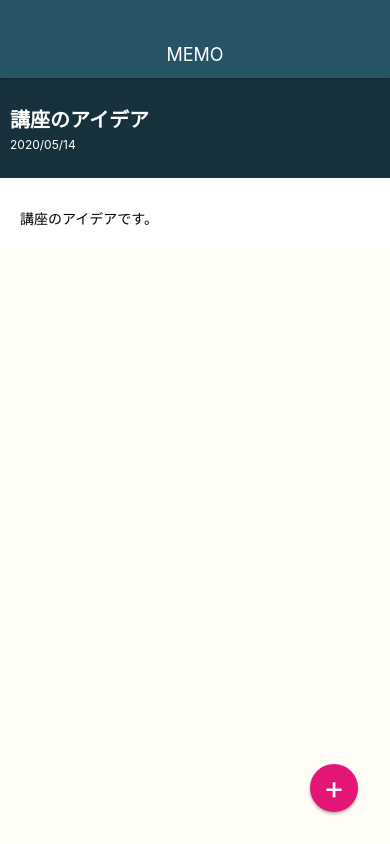
Repository: NagataRyuji0630/memo_app_for_reactNative
Page: /
These files come from the project's save history. The page is drawn as it stood at one moment and after the next save; the edit follows.
The browser window is 390 px wide. The pictures show the whole page.
The app was drawn by React Native's web renderer in a window 390 px wide. The project was rebuilt for these pictures with package versions that can differ from the ones it lists, and the page was loaded fresh each time. Also part of the build but not shown: src/components/MemoList.jsx, src/screens/MemoListScreen.jsx.

Above is the page before, as saved 2020-05-14 10:13:17.

### App.js
import React from 'react';
import { StyleSheet, View } from 'react-native';
import AppBar from './src/components/AppBar';
import MemoListScreen from './src/screens/MemoListScreen'
import MemoDtailScreen from './src/screens/MemoDetailScreen';


export default class App extends React.Component {
  render() {
    return (
      <View style={styles.container}>
        <AppBar />
        <MemoDtailScreen />
      </View>
    );
  }
}

const styles = StyleSheet.create({
  container: {
    flex: 1,
    backgroundColor: '#FFFDF6',
    alignItems: 'center',
    justifyContent: 'center',
    paddingTop: 78,
  },
});

### src/components/AppBar.jsx
import React from 'react';
import { Component } from 'react';
import { StyleSheet, View, Text } from 'react-native';

const styles = StyleSheet.create({
    appbar: {
        position: 'absolute',
        top: 0,
        left: 0,
        right: 0,
        height: 78,
        paddingTop: 30,
        backgroundColor: '#265366',
        justifyContent: 'center',
        alignItems: 'center',
        shadowColor: '#000',
        shadowOffset: { width: 0, height: 0 },
        shadowOpacity: 0.5,
        shadowRadius: 3,
        zIndex: 10,
    },
    appbarTitle: {
        color: '#fff',
        fontSize: 18,
    },
});

class AppBar extends Component {
    render() {
        return (
            <View style={styles.appbar}>
                <View>
                    <Text style={styles.appbarTitle}>MEMO</Text>
                </View>
            </View>
        );
    }
}

export default AppBar;

### src/screens/MemoDetailScreen.jsx
import React from 'react';
import { Component } from 'react';
import { StyleSheet, View, Text } from 'react-native';
import CircleBtn from '../elements/CircleBtn';

const styles = StyleSheet.create({
    containar: {
        flex: 1,
        width: '100%',
    },
    memoHeader: {
        height: 100,
        paddingLeft: 10,
        backgroundColor: '#17313C',
        justifyContent: 'center',
    },
    memoHeaderTitle: {
        fontSize: 20,
        fontWeight: 'bold',
        color: 'white',
        marginBottom: 4
    },
    memoHeaderDate: {
        fontSize: 12,
        color: 'white',
    },
    memoContent: {
        paddingTop: 30,
        paddingLeft: 20,
        paddingRight: 20,
        paddingBottom: 20,
        backgroundColor: 'white',
    },
    editBtn: {
        top: 120,
    }
});

class MemoDetailScreen extends Component {
    render() {
        return (
            <View style={styles.containar}>
                <View style={styles.memoHeader}>
                    <View>
                        <Text style={styles.memoHeaderTitle}>講座のアイデア</Text>
                        <Text style={styles.memoHeaderDate}>2020/05/14</Text>
                    </View>
                </View>

                <View style={styles.memoContent}>
                    <Text>講座のアイデアです。</Text>
                </View>

                <CircleBtn style={styles.editBtn}>+</CircleBtn>
            </View>
        );
    }
}

export default MemoDetailScreen;

### src/elements/CircleBtn.jsx
import React from 'react';
import { Component } from 'react';
import { StyleSheet, View, Text } from 'react-native';

const styles = StyleSheet.create({
    circleBtn: {
        position: 'absolute',
        bottom: 32,
        right: 32,
        width: 48,
        height: 48,
        backgroundColor: '#E31675',
        borderRadius: 24,
        justifyContent: 'center',
        alignItems: 'center',
        shadowColor: '#000',
        shadowOffset: { width: 0, height: 2 },
        shadowOpacity: 0.3,
        shadowRadius: 3,
    },
    circleBtnTitle: {
        fontSize: 32,
        lineHeight: 32,
        color: 'white',
    }
});

class CircleBtn extends Component {
    render() {
        const style = this.props.style;

        return (
            <View style={styles.circleBtn}>
                <Text style={styles.circleBtnTitle}>{this.props.children}</Text>
            </View>
        );
    }
}

export default CircleBtn;

After the next save:
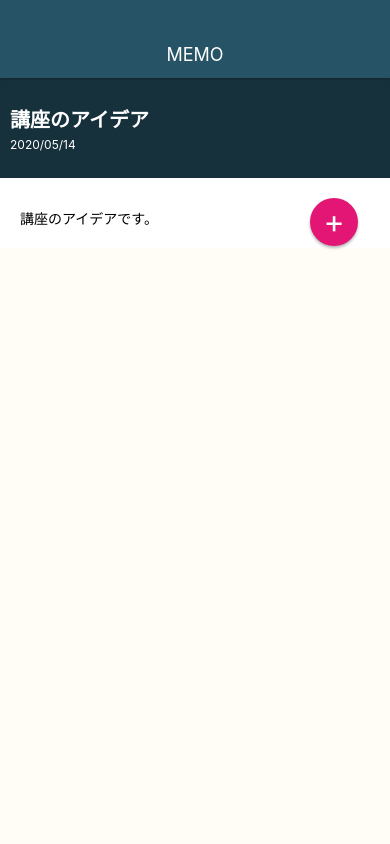
Saved 49 s later.
--- a/src/elements/CircleBtn.jsx
+++ b/src/elements/CircleBtn.jsx
@@ -30,7 +30,7 @@
         const style = this.props.style;
 
         return (
-            <View style={styles.circleBtn}>
+            <View style={[styles.circleBtn, style]}>
                 <Text style={styles.circleBtnTitle}>{this.props.children}</Text>
             </View>
         );

After the save that followed:
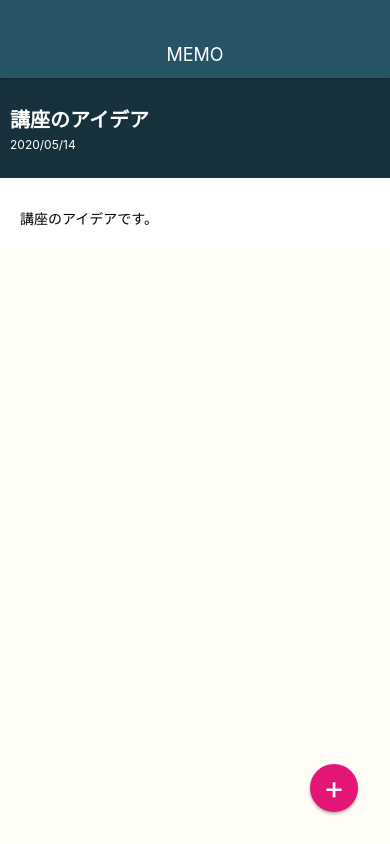
Saved 41 s later.
--- a/src/elements/CircleBtn.jsx
+++ b/src/elements/CircleBtn.jsx
@@ -27,7 +27,7 @@
 
 class CircleBtn extends Component {
     render() {
-        const style = this.props.style;
+        const { style } = this.props.style;
 
         return (
             <View style={[styles.circleBtn, style]}>
